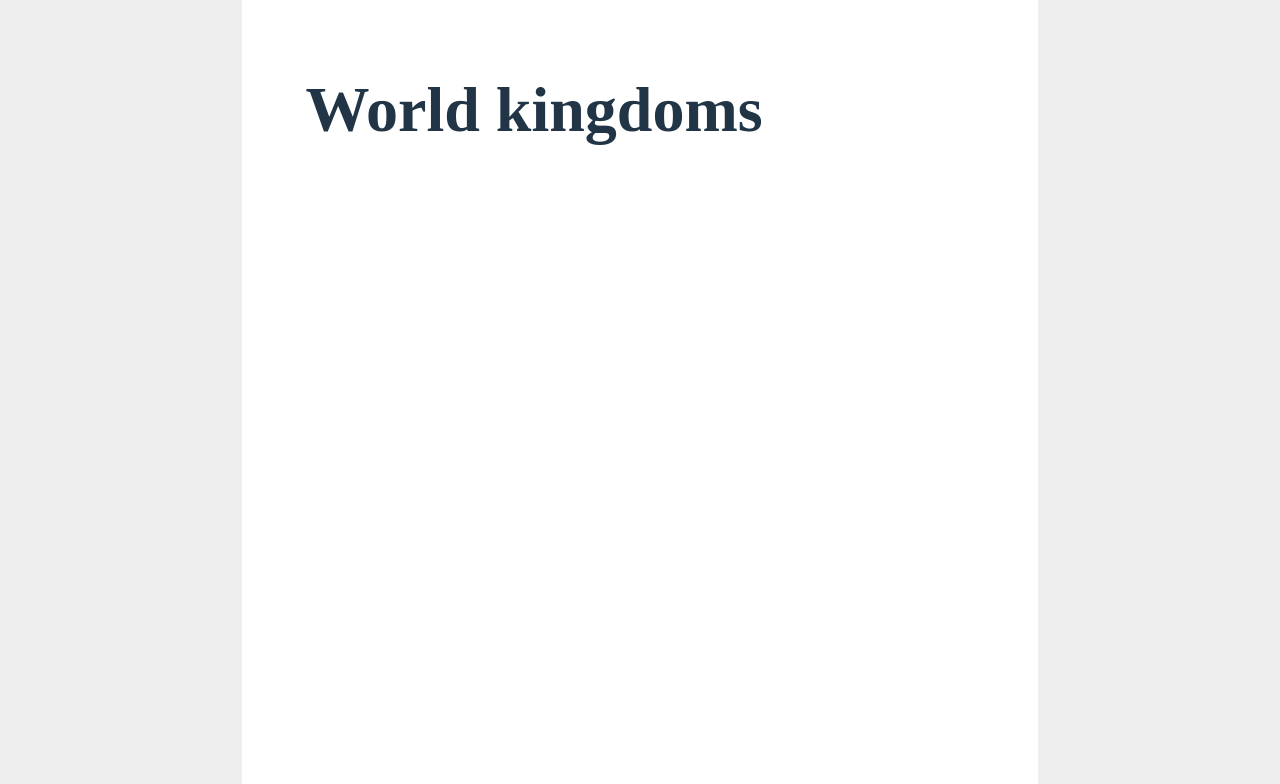
Repository: SamanthaYan298/my_world_kingdoms
Page: /
An editor plug-in stored every save of this project. The page is shown before and after the next save, followed by the edit.
The browser window is 1280 px wide. The pictures show the whole page.
The page's requests for data from a server got no answer. The project was rebuilt for these pictures with package versions that can differ from the ones it lists, and the page was loaded fresh each time. No one was signed in, and anything a server would have sent is missing. Also part of the build but not shown: vite.config.js.

Above is the page before, as saved 2024-11-20 18:09:53.

### src/App.jsx
import { useEffect, useState } from 'react'
import './App.css'
import Countries from '../components/Countries';

function App() {

  const [query, setQuery] = useState('');
  const [countries, setCountries] = useState([]);
  const [fetchStatus, setFetchStatus] = useState('idle');

  // load data on mount - only load once
  useEffect(() => {
    const url = ` https://restcountries.com/v3.1/name/kingdom`;

    async function fetchData() {
      let response, data;
      try{
        setFetchStatus('loading');
        response = await fetch(url);
        data = await response.json();
        setCountries(data);
        setFetchStatus('idle');
      } catch(e) {
        setFetchStatus('error');
        console.error(e.message);
      }
    }

    fetchData();

  }, [query]);

  let filteredCountries = [...countries];

  return (
    <>
    <div className='countries'>
      <h1>World kingdoms</h1>
      <Countries countries={filteredCountries} />
    </div>

    </>
  )
}

export default App

### src/App.css
#root {
  width: 100%;
  height: 100%;
  margin: 0 auto;
  padding: 0 2rem;
  text-align: center;
  background-color: #eee;
  font-family: "DM Serif Text", serif;
  font-weight: 400;
  font-style: normal;
}

h1 {
  display: block;
  font-size: 2em;
  margin-block-start: 0.67em;
  margin-block-end: 0.67em;
  margin-inline-start: 0px;
  margin-inline-end: 0px;
  font-weight: bold;
  unicode-bidi: isolate;
  text-align: left;
}

.countries {
  width: 55%;
  background: #fff;
  margin: 0 auto;
  font-size: 2em;
  padding: 1em 2em;
  height: 100vh;
}

img {
  width: 50%;
}

### components/Countries.jsx
import '../src/App.css'

function Countries({ countries }) {

    return (
      <div className='outer-container'>
        {countries.map((country, index) => (
            <div key={index} className='cards-container'>
              <div className='cards'>
                <div className='cards-header'>
                  <div>
                    <img src={country.flags.png} alt={`Flag of ${country.name.common}`} />
                  </div>
                  <h4 className='name'>{country.name.common}</h4>
                </div>
                <div>
                  <div className='country-info'>
                    <p>
                      <span><strong>Capital: </strong></span>
                      <span>{country.capital}</span>
                    </p>
                    <p>
                      <span><strong>Location in: </strong></span>
                      <span className='borders'>{country.subregion}</span>
                    </p>
                  </div>
                </div>
              </div>
            </div>
          ))}
      </div>
    );
  }

  export default Countries;

Loaded but not shown: index.html (common file); src/main.jsx (common file); src/index.css (common file)

After the next save:
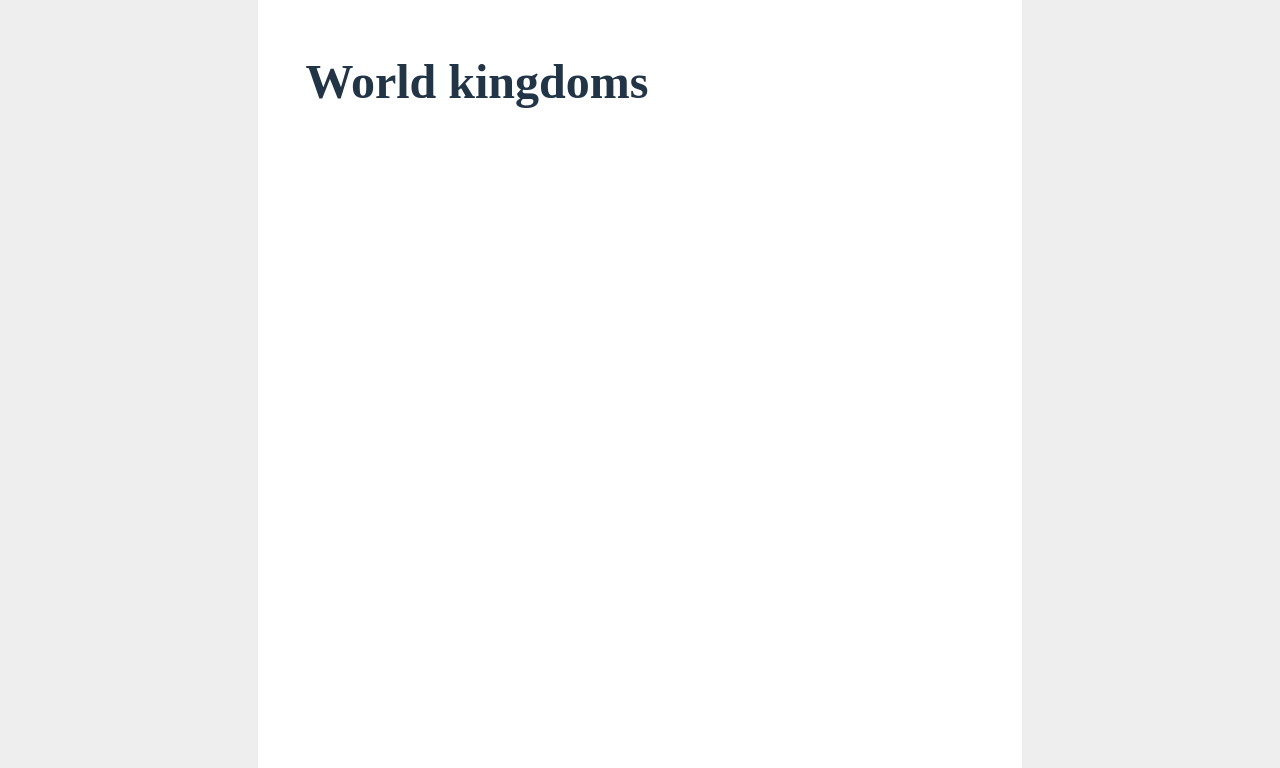
Saved 31 s later.
--- a/src/App.css
+++ b/src/App.css
@@ -26,7 +26,7 @@ h1 {
   width: 55%;
   background: #fff;
   margin: 0 auto;
-  font-size: 2em;
+  font-size: 1.5em;
   padding: 1em 2em;
   height: 100vh;
 }
